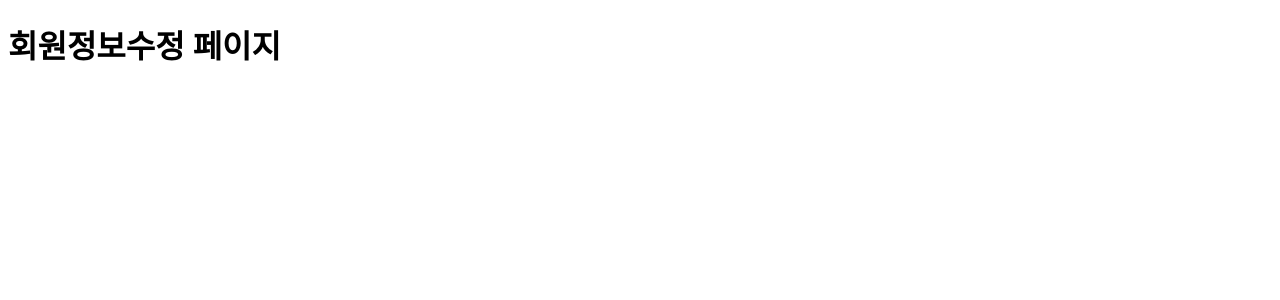
Repository: yangone8249/jsp_project
Page: http://localhost/jsp_project/member/modify.jsp
These files come from the project's save history. The page is drawn as it stood at one moment and after the next save; the edit follows.
The browser window is 1280 px wide. The pictures show the whole page.
The page is served by Tomcat 9.

Above is the page before, as saved 2023-05-15 05:03:17.

After the next save:
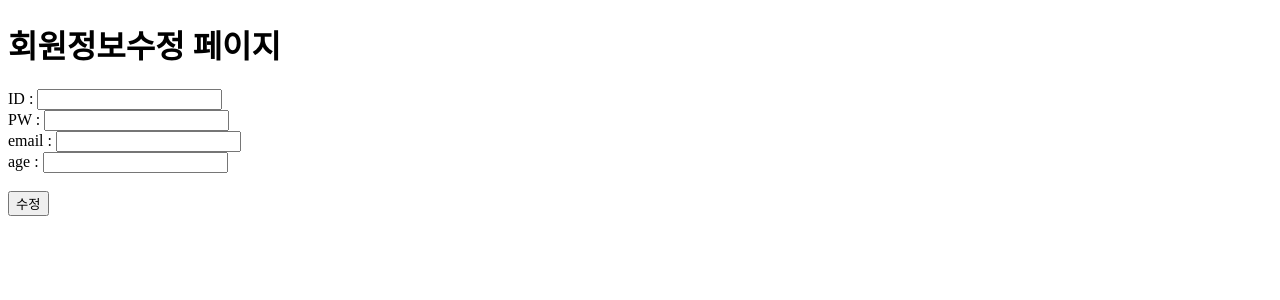
Saved 66 s later.
--- a/jsp_project2/jsp_project/src/main/webapp/member/modify.jsp
+++ b/jsp_project2/jsp_project/src/main/webapp/member/modify.jsp
@@ -8,5 +8,12 @@
 </head>
 <body>
 	<h1>회원정보수정 페이지</h1>
+	<form action="/mem/login_auth" method="post">
+		ID : <input type="text" name="id"><br>
+		PW : <input type="password" name="password"><br>
+		email : <input type="email" name="userEmail"><br>
+		age : <input type="text" name="userAge"><br><br>
+		<button type="submit">수정</button>
+	</form>
 </body>
 </html>
